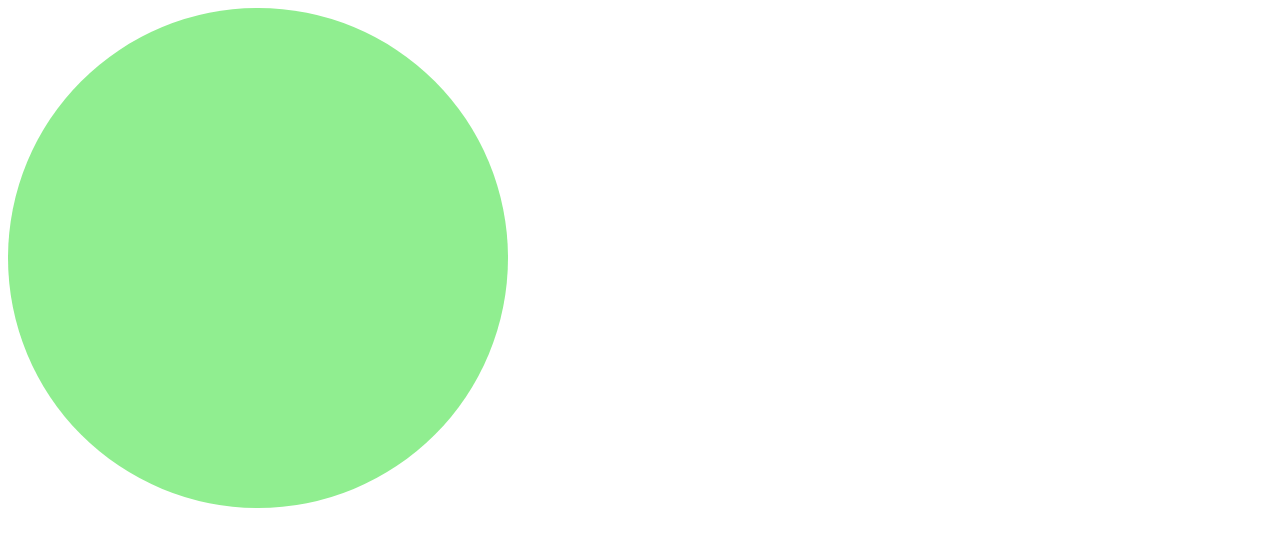
Repository: vasucp1207/framer-motion
Page: /
An editor plug-in stored every save of this project. The page is shown before and after a run of saves, followed by the edit.
The browser window is 1280 px wide. The pictures show the whole page.
The project was rebuilt for these pictures with package versions that can differ from the ones it lists, and the page was loaded fresh each time. Also part of the build but not shown: src/index.css.

Above is the page before, as saved 2022-07-28 00:32:57.

After the next 2 saves:
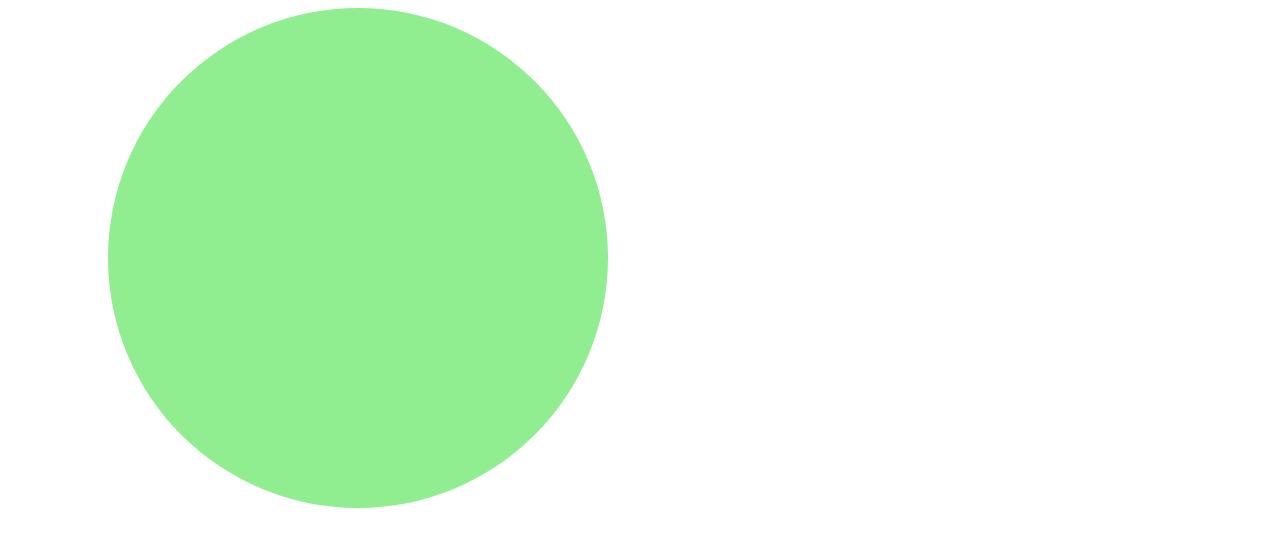
The 2 saves are shown as one change because they came seconds apart.
The last was saved 79 s later.
--- a/src/App.js
+++ b/src/App.js
@@ -3,8 +3,8 @@
 
 function App() {
   return (
-    <div className='circle'>
-      <motion.div animate={{x: 100}} />
+    <div >
+      <motion.div animate={{x: 100}} className='circle' />
     </div>
   );
 }

After the 2 saves that followed:
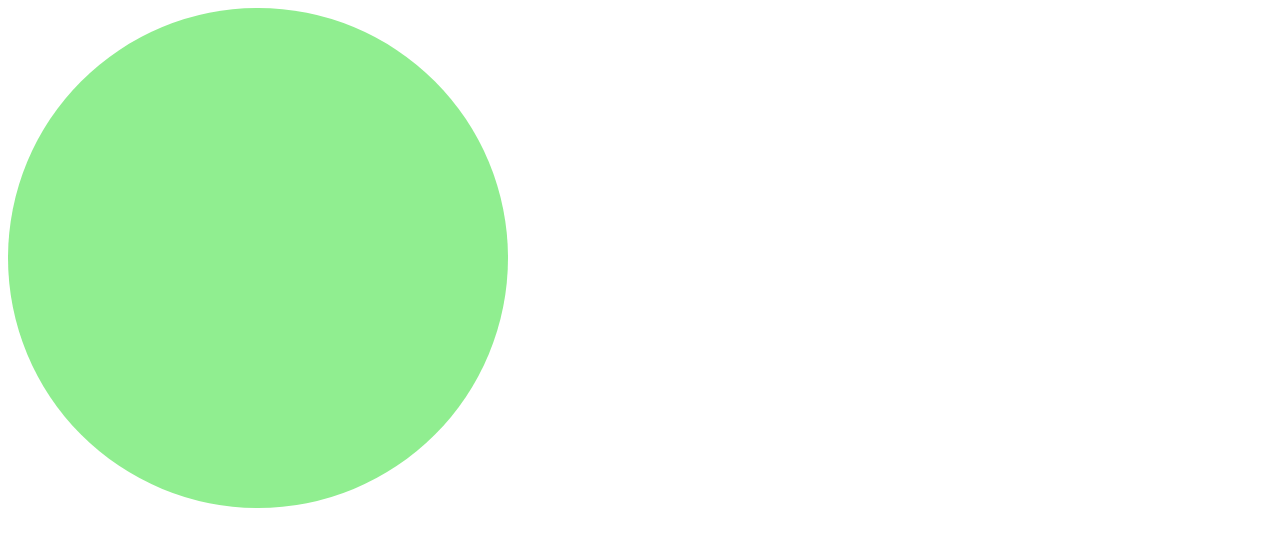
The 2 saves are shown as one change because they came seconds apart.
The last was saved 37 s later.
--- a/src/App.js
+++ b/src/App.js
@@ -4,7 +4,7 @@
 function App() {
   return (
     <div >
-      <motion.div animate={{x: 100}} className='circle' />
+      <motion.div whileHover={{x: 100}} className='circle' />
     </div>
   );
 }
